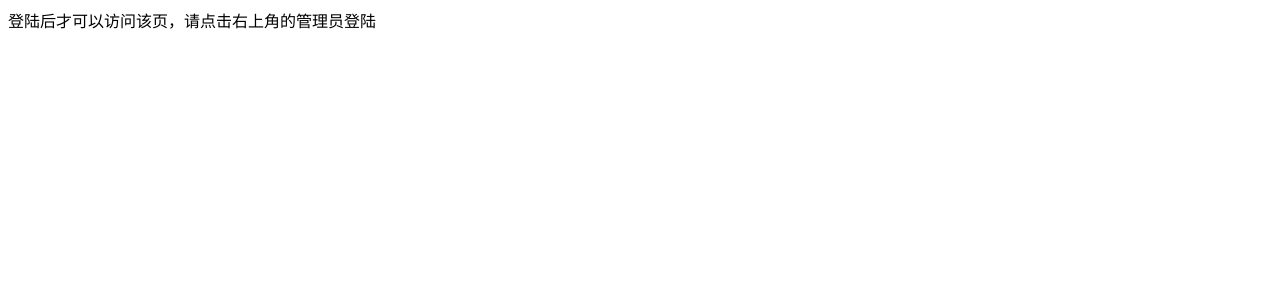
Repository: hitDeveloper/fitness
Page: http://localhost/project/error1.jsp
An editor plug-in stored every save of this project. The page is shown before and after the next save, followed by the edit.
The browser window is 1280 px wide. The pictures show the whole page.
The page is served by Tomcat 9. Nobody is signed in. The application's start-up code is not run.

Above is the page before, as saved 2014-12-24 01:45:24.

After the next save:
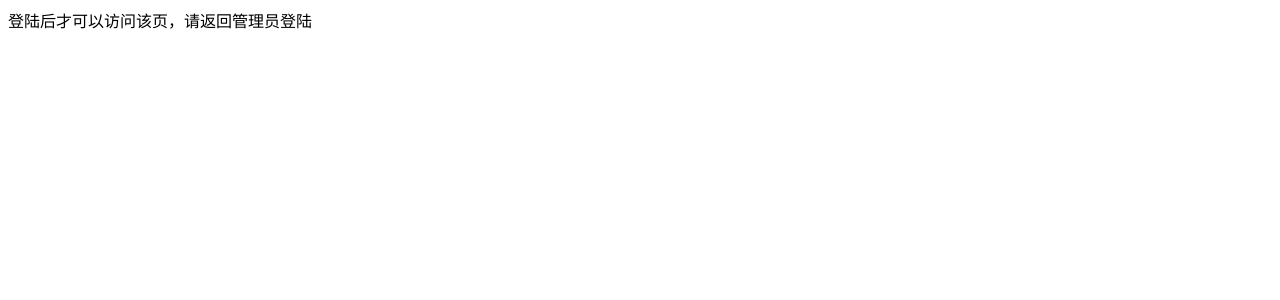
Saved 35 s later.
--- a/Project/project/WebRoot/error1.jsp
+++ b/Project/project/WebRoot/error1.jsp
@@ -18,6 +18,6 @@
   </head>
 
   <body>
-    登陆后才可以访问该页，请点击右上角的管理员登陆 <br>
+    登陆后才可以访问该页，请返回管理员登陆 <br>
   </body>
 </html>
